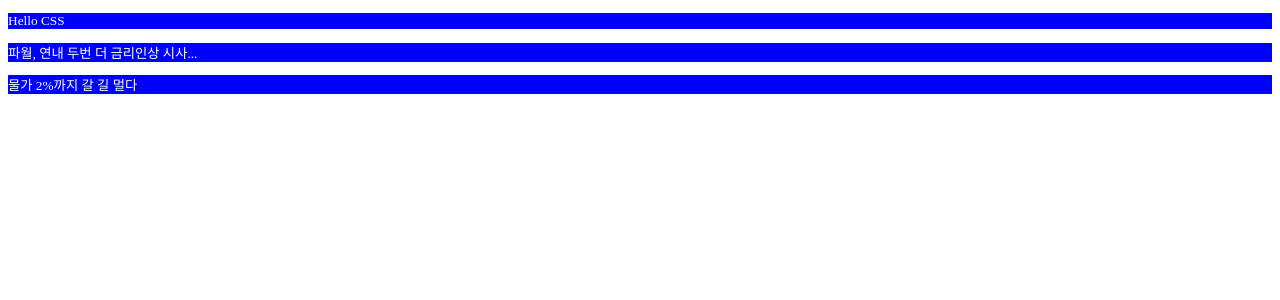
Repository: suhong99/htmlLecture
Page: cssSample1/src/main/webapp/index.html
These files come from the project's save history. The page is drawn as it stood at one moment and after the next save; the edit follows.
The browser window is 1280 px wide. The pictures show the whole page.

Above is the page before, as saved 2023-06-22 00:25:24.

After the next save:
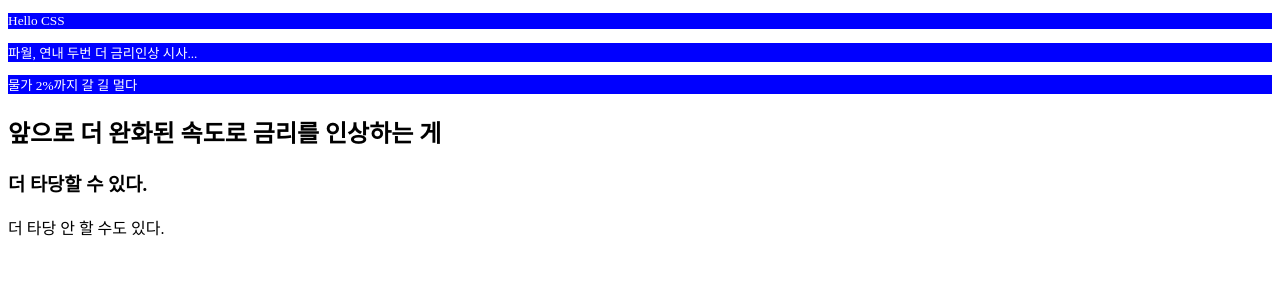
Saved 3 min 34 s later.
--- a/cssSample1/src/main/webapp/index.html
+++ b/cssSample1/src/main/webapp/index.html
@@ -26,5 +26,10 @@
  <p style="background-color:#0000ff">Hello CSS</p>
  <p> 파월, 연내 두번 더 금리인상 시사...</p>
  <p>물가 2%까지 갈 길 멀다 </p>
+
+ <h2 id="title">앞으로 더 완화된 속도로 금리를 인상하는 게</h2>
+ <h3 class = "content">더 타당할 수 있다.</h3>
+  <div class = "content">더 타당 안 할 수도 있다.</div>
+
 </body>
 </html>
